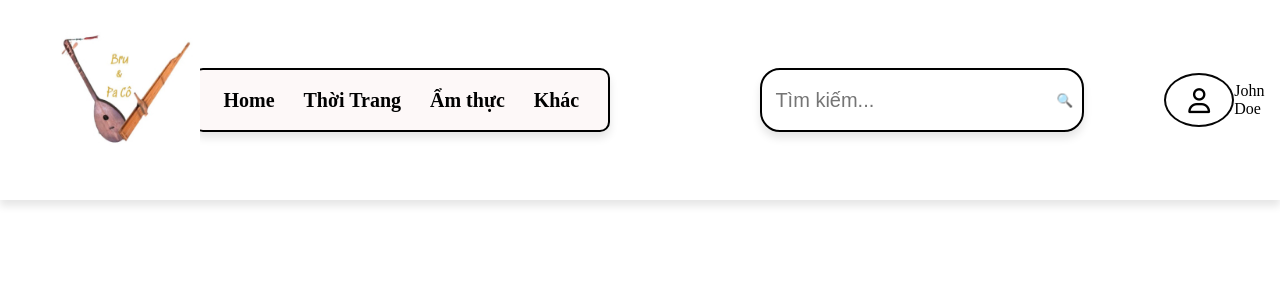
Repository: DangVai/LocalProduct
Page: Views/frontend/header.html
The author's editor kept a copy of each file at every save. The page is drawn from the files as they stood at one save, then again after the next save.
The browser window is 1280 px wide. The pictures show the whole page.

Above is the page before, as saved 2024-12-20 16:56:22.

### Views/frontend/header.html
<!DOCTYPE html>
<html lang="en">

<head>
    <meta charset="UTF-8">
    <meta name="viewport" content="width=device-width, initial-scale=1.0">
    <title>Header Example</title>
    <!-- Thêm link đến Font Awesome -->
    <link rel="stylesheet" href="https://cdnjs.cloudflare.com/ajax/libs/font-awesome/6.0.0-beta3/css/all.min.css">
    <style>
        /* CSS tùy chỉnh */

        .header {
            top: 0;
            left: 0;
            display: flex;
            width: 100%;
            height: 200px;
            align-items: center;
            position: fixed;
            z-index: 4;
            box-shadow: 0 6px 8px rgba(0, 0, 0, 0.1);
            background-color: white;
        }

        .box_logo {
            width: 20%;
            display: flex;
            align-items: center;
        }

        .box_logo img {
            position: absolute;
            top: 10px;
            left: 30px;
            width: 170px;
            height: 160px;
            z-index: 10;
        }

        .nav {
            width: 550px;
            height: 30%;
            display: flex;
            margin-right: 150px;
            justify-content: center;
            align-items: center;
            justify-content: space-evenly;
            border-radius: 10px;
            font-size: 20px;
            color: black;
            border: 2px solid black;
            box-shadow: 0 6px 8px rgba(0, 0, 0, 0.1);
            background-color: rgba(252, 245, 245, 0.667);
        }

        .nav a {
            text-decoration: none;
            color: rgb(1, 1, 1);
            font-weight: bold;
        }

        .nav a:hover {
            font-size: 22px;
        }
        /* Search */

        .searchHome {
            display: flex;
            align-items: center;
            justify-content: center;
            background-color: white;
            border: 2px black solid;
            box-shadow: 0 6px 8px rgba(0, 0, 0, 0.1);
            padding: 10px;
            border-radius: 20px;
            width: 300px;
        }

        .searchInput {
            flex: 1;
            border: none;
            padding: 5px 10px;
            font-size: 20px;
            outline: none;
        }

        .searchButton {
            border: none;
            background-color: white;
            cursor: pointer;
            height: 40px;
            width: 40px;
        }

        .account {
            width: 150px;
            display: flex;
            align-items: center;
            justify-content: center;
        }

        .box-account {
            border: 2px solid rgb(6, 6, 6);
            width: 100px;
            height: 50px;
            display: flex;
            align-items: center;
            justify-content: center;
            border-radius: 50%;
            margin-left: 80px;
        }

        .box-account i {
            font-size: 25px;
            color: black;
            cursor: pointer;
        }

        .dropdown-menu {
            display: none;
            position: absolute;
            background-color: rgb(246, 208, 208);
            border: 1px solid #070707;
            box-shadow: 0px 4px 6px rgba(0, 0, 0, 0.1);
            padding: 10px;
            z-index: 5;
        }

        .name-user:hover .dropdown-menu {
            display: block;
        }

        .dropdown-menu a {
            text-decoration: none;
            color: black;
            display: block;
            padding: 5px 10px;
        }

        .dropdown-menu a:hover {
            background-color: #f0f0f0;
        }
    </style>
</head>

<body>
    <div class="header">
        <!-- Logo -->
        <div class="box_logo">
            <img src="/public/images/logo.jpg" alt="logo">
        </div>

        <!-- Navigation Menu -->
        <div class="nav">
            <a href="?page=home"><b>Home</b></a>
            <a href="?page=fashion"><b>Thời Trang</b></a>
            <a href="?page=food"><b>Ẩm thực</b></a>
            <a href="?page=others"><b>Khác</b></a>
        </div>

        <!-- Search -->
        <div class="searchHome">
            <input type="text" placeholder="Tìm kiếm..." class="searchInput">
            <button class="searchButton">🔍</button>
        </div>

        <!-- User Account -->
        <div class="account">
            <div class="box-account">
                <i class="fa-regular fa-user"></i>
            </div>
        </div>

        <!-- User Name and Dropdown Menu -->
        <div class="name-user">
            <p>John Doe</p>
            <div class="dropdown-menu" id="account-menu">
                <a href="#"><i class="fas fa-user fa-sm"></i> Profile</a>
                <a href="#"><i class="fas fa-cogs fa-sm"></i> Settings</a>
                <a href="#"><i class="fas fa-sign-in-alt fa-sm"></i> Log in</a>
                <a href="#"><i class="fas fa-sign-out-alt fa-sm"></i> Log out</a>
            </div>
        </div>
    </div>
</body>

</html>

After the next save:
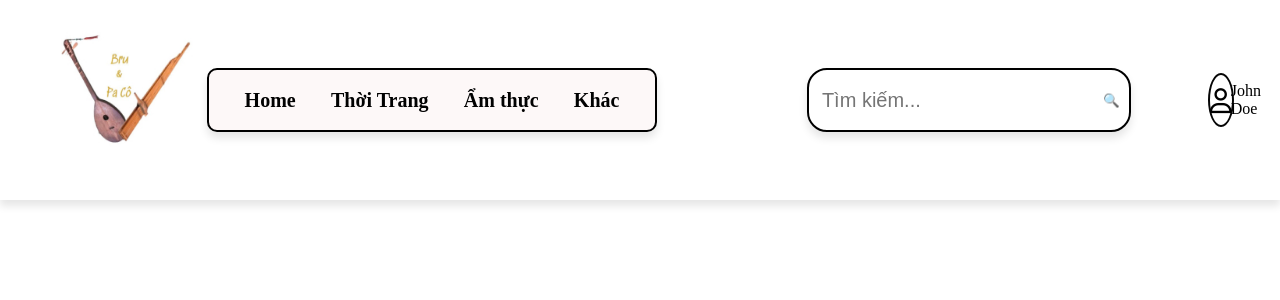
Saved 7 s later.
--- a/Views/frontend/header.html
+++ b/Views/frontend/header.html
@@ -94,7 +94,7 @@
         }
 
         .account {
-            width: 150px;
+            width: 100px;
             display: flex;
             align-items: center;
             justify-content: center;

After the save that followed:
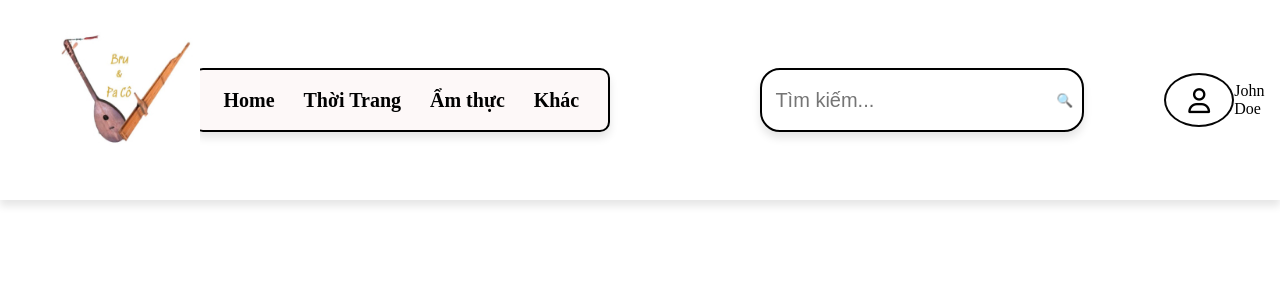
Saved 8 s later.
--- a/Views/frontend/header.html
+++ b/Views/frontend/header.html
@@ -94,7 +94,7 @@
         }
 
         .account {
-            width: 100px;
+            width: 150px;
             display: flex;
             align-items: center;
             justify-content: center;
